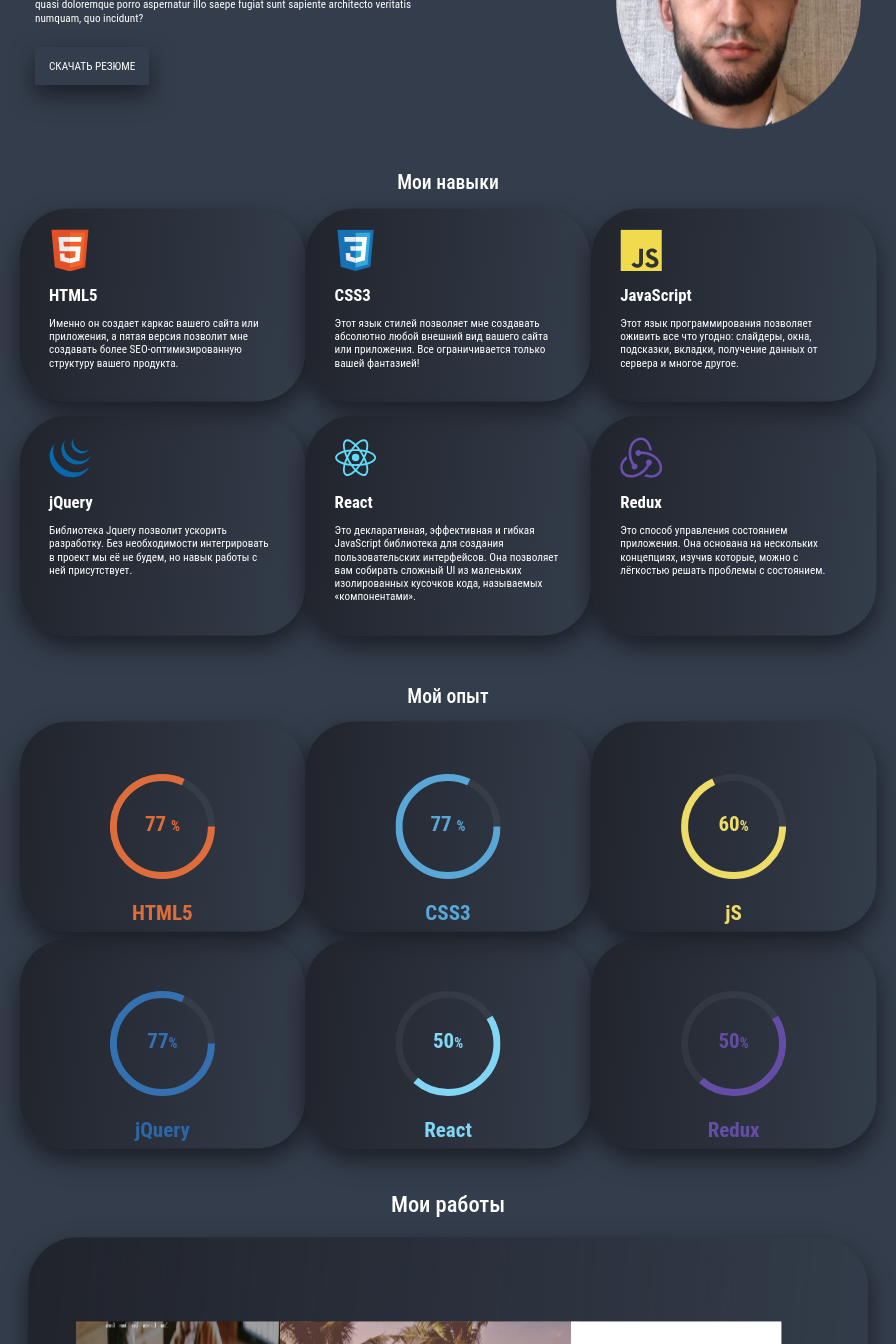
Repository: aligadzhiev0595/my-portfolio
Page: index.html
These files come from the project's save history. The page is drawn as it stood at one moment and after the next save; the edit follows.
The browser window is 1280 px wide. The pictures show the part of the page from y = 634 to 2554 px (the page is 3078 px tall before and 3128 px after), at 70% of full size.
The style sheet was rebuilt from its Sass, Less or Tailwind sources for each picture, by a compiler version that may differ from the author's.

Above is the page before, as saved 2021-05-09 21:34:13.
Console error: TypeError: Cannot read properties of null (reading 'classList')

### index.html
<!DOCTYPE html>
<html lang="en">

<head>
  <meta charset="UTF-8">
  <meta name="viewport" content="width=device-width, initial-scale=1.0">
  <link rel="icon" href="./favicon-32x32.png" type="image/x-icon">
  <link rel="stylesheet" href="./src/css/style.css">
  <title>Portfolio</title>
</head>

<body data-mdb-spy="scroll" data-mdb-target="#scrollspy" data-mdb-offset="0">

  <header class="header fixed-top">
    <div class="container">
      <nav id="scrollspy" class="nav">
        <a href="https://github.com/hopetodie" class="nav__brand" target="_blank">
          <img class="nav__img" src="./src/image/header/GitHub-Mark-32px.png" alt="brand img-fluid">
        </a>
        <!-- <button class="navbar-toggler collapsed p-0" type="button" data-toggle="collapse" data-target="#navbarNav"
            aria-controls="navbarNav" aria-expanded="false" aria-label="Toggle navigation">
            <div class="burger align-items-center d-flex">
              <span class="burger__line"></span>
            </div>
          </button> -->
        <ul class="nav__list">
          <li class="nav__item">
            <a class="nav__link" href="#about-me">Обо мне</a>
          </li>
          <li class="nav__item">
            <a class="nav__link" href="#skills">Навыки</a>
          </li>
          <li class="nav__item">
            <a class="nav__link" href="#experience">Опыт</a>
          </li>
          <li class="nav__item">
            <a class="nav__link" href="#portfolio">Портфолио</a>
          </li>
        </ul>
        <ul class="nav__list">
          <li class="nav__item">
            <a class="nav__link" href="https://t.me/hopetodiex" target="_blank"><i
                class="fab fa-telegram-plane"></i></a>
          </li>
          <li class="nav__item">
            <a class="nav__link" href="https://www.instagram.com/ali.gadjiev05" target="_blank"><i
                class="fab fa-instagram"></i></a>
          </li>
          <li class="nav__item">
            <a class="nav__link" href="https://www.facebook.com/" target="_blank"><i class="fab fa-facebook-f"></i></a>
          </li>
        </ul>
        <a class="nav__phone" href="tel:996553276055">+ 996 (553) 276-055 </a>
      </nav>
    </div>
  </header>
  <main>
    <section class="react-animation">
      <div class="container">
        <div class="row">
          <div class="col">
            <div class="wrapper">
              <img class="wrapper__logo" src="./src/image/react/logo.svg" alt="" >
            </div>
          </div>
          <div class="col">
            <div class="wrapper">
              <img class="wrapper__logo" src="./src/image/react/logo.svg" alt="" >
            </div>
          </div>
          <div class="col">
            <div class="wrapper">
              <img class="wrapper__logo" src="./src/image/react/logo.svg" alt="" >
            </div>
          </div>
          <div class="col">
            <div class="wrapper">
              <img class="wrapper__logo" src="./src/image/react/logo.svg" alt="" >
            </div>
          </div>
        </div>
      </div>
    </section>
    <section class="about-me" id='about-me'>
      <div class="container">
        <h2 class="about-me__title">Обо мне</h2>
        <div class="row">
          <div class="col">
            <div class="wrapper">

              <p class="wrapper__subtitle">
                Lorem ipsum dolor, sit amet consectetur adipisicing elit. Expedita perspiciatis similique ducimus maxime
                dolor perferendis quod quasi doloremque porro aspernatur illo saepe fugiat sunt sapiente architecto
                veritatis numquam, quo incidunt?
                Lorem ipsum dolor, sit amet consectetur adipisicing elit. Expedita perspiciatis similique ducimus maxime
                dolor perferendis quod quasi doloremque porro aspernatur illo saepe fugiat sunt sapiente architecto
                veritatis numquam, quo incidunt?
                Lorem ipsum dolor, sit amet consectetur adipisicing elit. Expedita perspiciatis similique ducimus maxime
                dolor perferendis quod quasi doloremque porro aspernatur illo saepe fugiat sunt sapiente architecto
                veritatis numquam, quo incidunt?

              </p>
              <a class="wrapper__btn" href="./src/image/resume/Resume.pdf" download>скачать резюме</a>
            </div>
          </div>
          <div class="col">
            <div class="wrapper">
              <div class="wrapper__img">

                <img class="img" src="./src/image/about-me/E3rtKXwRQ_w.jpeg" alt="leo its me">
              </div>
            </div>
          </div>
        </div>
      </div>
    </section>
    <section class="skills" id='skills'>
      <div class="container">
        <h3 class="skills__title">Мои навыки</h3>
        <div class="row">
          <div class="col col-sm-12 col-md-4 col-lg-4 col-xl-4 hover-zoom">
            <div class="wrapper">
              <img class="wrapper__img" src="./src/image/skills/html.svg" alt="">
              <h4 class="wrapper__title">HTML5</h4>
              <p class="wrapper__subtitle">Именно он создает каркас вашего сайта или приложения, а пятая версия позволит
                мне создавать более SEO-оптимизированную структуру вашего продукта.</p>
            </div>
          </div>
          <div class="col col-sm-12 col-md-4 col-lg-4 col-xl-4 hover-zoom">
            <div class="wrapper">
              <img class="wrapper__img" src="./src/image/skills/css3.svg" alt="">
              <h4 class="wrapper__title">CSS3</h4>
              <p class="wrapper__subtitle">Этот язык стилей позволяет мне создавать абсолютно любой внешний вид вашего
                сайта или приложения. Все ограничивается только вашей фантазией!</p>
            </div>
          </div>
          <div class="col col-sm-12 col-md-4 col-lg-4 col-xl-4 hover-zoom">
            <div class="wrapper">
              <img class="wrapper__img" src="./src/image/skills/javascript.svg" alt="">
              <h4 class="wrapper__title">JavaScript</h4>
              <p class="wrapper__subtitle">Этот язык программирования позволяет оживить все что угодно: слайдеры, окна,
                подсказки, вкладки, получение данных от сервера и многое другое.</p>
            </div>
          </div>
          <div class="col col-sm-12 col-md-4 col-lg-4 col-xl-4 hover-zoom">
            <div class="wrapper">
              <img class="wrapper__img" src="./src/image/skills/jquery.svg" alt="">
              <h4 class="wrapper__title">jQuery</h4>
              <p class="wrapper__subtitle">Библиотека Jquery позволит ускорить разработку. Без необходимости
                интегрировать в проект мы её не будем, но навык работы с ней присутствует.</p>
            </div>
          </div>
          <div class="col col-sm-12 col-md-4 col-lg-4 col-xl-4 hover-zoom">
            <div class="wrapper">
              <img class="wrapper__img" src="./src/image/skills/react.svg" alt="">
              <h4 class="wrapper__title">React</h4>
              <p class="wrapper__subtitle">Это декларативная, эффективная и гибкая JavaScript библиотека для создания
                пользовательских интерфейсов. Она позволяет вам собирать сложный UI из маленьких изолированных кусочков
                кода, называемых «компонентами».</p>
            </div>
          </div>
          <div class="col col-sm-12 col-md-4 col-lg-4 col-xl-4 hover-zoom">
            <div class="wrapper">
              <img class="wrapper__img" src="./src/image/skills/redux.svg" alt="">
              <h4 class="wrapper__title">Redux</h4>
              <p class="wrapper__subtitle">Это способ управления состоянием приложения. Она основана на нескольких
                концепциях, изучив которые, можно с лёгкостью решать проблемы с состоянием.</p>
            </div>
          </div>
        </div>
      </div>
    </section>
    <section class="experience" id='experience'>
      <div class="container">
        <h3 class="experience__title">Мой опыт</h3>
        <div class="row">
          <div class="col-12 col-sm-12 col-md-4 col-lg-4 col-xl-4 ">
            <div class="wrapper exp">
              <div class="wrapper__percent">
                <svg class="wrapper__svg">
                  <circle class="wrapper__svg-circle" cx='70' cy='70' r='70'></circle>
                  <circle class="wrapper__svg-circle" cx='70' cy='70' r='70'></circle>
                </svg>
                <div class="wrapper__number">
                  <h4 class="wrapper__titleH"> <span class="wrapper__span">%</span></h4>
                </div>
              </div>

              <div class="wrapper__text">
                <h5 class="wrapper__subtitleH">HTML5</h5>
              </div>
            </div>
          </div>
          <div class="col-12 col-sm-12 col-md-4 col-lg-4 col-xl-4">
            <div class="wrapper">
              <div class="wrapper__percent">
                <svg class="wrapper__svg">
                  <circle class="wrapper__svg-circleC" cx='70' cy='70' r='70'></circle>
                  <circle class="wrapper__svg-circleC" cx='70' cy='70' r='70'></circle>
                </svg>
                <div class="wrapper__number">
                  <h4 class="wrapper__titleC"> <span class="wrapper__span">%</span></h4>
                </div>
              </div>

              <div class="wrapper__text">
                <h5 class="wrapper__subtitleC">CSS3</h5>
              </div>
            </div>
          </div>
          <div class="col-12 col-sm-12 col-md-4 col-lg-4 col-xl-4">
            <div class="wrapper">
              <div class="wrapper__percent">
                <svg class="wrapper__svg">
                  <circle class="wrapper__svg-circleJs" cx='70' cy='70' r='70'></circle>
                  <circle class="wrapper__svg-circleJs" cx='70' cy='70' r='70'></circle>
                </svg>
                <div class="wrapper__number">
                  <h4 class="wrapper__titleJs"><span class="wrapper__span">%</span></h4>
                </div>
              </div>

              <div class="wrapper__text">
                <h5 class="wrapper__subtitleJs">jS</h5>
              </div>
            </div>
          </div>
          <div class="col-12 col-sm-12 col-md-4 col-lg-4 col-xl-4">
            <div class="wrapper">
              <div class="wrapper__percent">
                <svg class="wrapper__svg">
                  <circle class="wrapper__svg-circleJ" cx='70' cy='70' r='70'></circle>
                  <circle class="wrapper__svg-circleJ" cx='70' cy='70' r='70'></circle>
                </svg>
                <div class="wrapper__number">
                  <h4 class="wrapper__titleJ"><span class="wrapper__span">%</span></h4>
                </div>
              </div>

              <div class="wrapper__text">
                <h5 class="wrapper__subtitleJ">jQuery</h5>
              </div>
            </div>
          </div>
          <div class="col-12 col-sm-12 col-md-4 col-lg-4 col-xl-4">
            <div class="wrapper">
              <div class="wrapper__percent">
                <svg class="wrapper__svg">
                  <circle class="wrapper__svg-circleR" cx='70' cy='70' r='70'></circle>
                  <circle class="wrapper__svg-circleR" cx='70' cy='70' r='70'></circle>
                </svg>
                <div class="wrapper__number">
                  <h4 class="wrapper__titleR"><span class="wrapper__span">%</span></h4>
                </div>
              </div>

              <div class="wrapper__text">
                <h5 class="wrapper__subtitleR">React</h5>
              </div>
            </div>
          </div>
          <div class="col-12 col-sm-12 col-md-4 col-lg-4 col-xl-4">
            <div class="wrapper">
              <div class="wrapper__percent">
                <svg class="wrapper__svg">
                  <circle class="wrapper__svg-circleRe" cx='70' cy='70' r='70'></circle>
                  <circle class="wrapper__svg-circleRe" cx='70' cy='70' r='70'></circle>
                </svg>
                <div class="wrapper__number">
                  <h4 class="wrapper__titleRe"><span class="wrapper__span">%</span></h4>
                </div>
              </div>

              <div class="wrapper__text">
                <h5 class="wrapper__subtitleRe">Redux</h5>
              </div>
            </div>
          </div>
        </div>
      </div>
    </section>
    <section class="portfolio" id='portfolio'>
      <div class="container">
        <h2 class="portfolio__title">Мои работы</h2>
        <div id="carousel2">
          <figure id="spinner">
            <a href="https://hopetodie.github.io/store/" target="_blank">
              <img src="./src/image/portfolio/run.webp" alt="">
            </a>
            <a href="https://hopetodie.github.io/Game-store/" target="_blank">
              <img class="portfolio-carousel-item__img" src="./src/image/portfolio/game.webp" alt="">
            </a>
            <a href="https://hopetodie.github.io/carsharing/" target="_blank">
              <img class="portfolio-carousel-item__img" src="./src/image/portfolio/car.webp" alt="">
            </a>
            <a href="https://hopetodie.github.io/IT-studio/" target="_blank">
              <img class="portfolio-carousel-item__img" src="./src/image/portfolio/it.webp" alt="">
            </a>
            <a href="https://hopetodie.github.io/Cubaa/" target="_blank">
              <img class="portfolio-carousel-item__img " src="./src/image/portfolio/kubat.webp" alt="">
            </a>
            <a href="https://hopetodie.github.io/Game-store/" target="_blank">
              <img class="portfolio-carousel-item__img" src="./src/image/portfolio/game.webp" alt="">
            </a>
            <a href="https://hopetodie.github.io/store/" target="_blank">
              <img src="./src/image/portfolio/run.webp" alt="">
            </a>
            <a href="https://hopetodie.github.io/carsharing/" target="_blank">
              <img class="portfolio-carousel-item__img" src="./src/image/portfolio/car.webp" alt="">
            </a>


          </figure>
        </div>
        <span style="float:left" class="ss-icon" onclick="galleryspin('-')">&lt;</span>
        <span style="float:right" class="ss-icon" onclick="galleryspin('')">&gt;</span>
      </div>
    </section>
    <section class="carousel">
      <div class="container">
        <h2 class="carousel__title">Мои работы</h2>
        <div class="flex-wrapper">
          <div class="slider-wrapper">
            <div class="slide active">
              <a href="https://hopetodie.github.io/store/" target="_blank">
                <img src="./src/image/portfolio/run.webp" alt="">
              </a>
            </div>
            <div class="slide">
              <a href="https://hopetodie.github.io/Game-store/" target="_blank">
                <img class="portfolio-carousel-item__img" src="./src/image/portfolio/game.webp" alt="">
              </a>
            </div>
            <div class="slide">
              <a href="https://hopetodie.github.io/carsharing/" target="_blank">
                <img class="portfolio-carousel-item__img" src="./src/image/portfolio/car.webp" alt="">
              </a>
            </div>
            <div class="slide">
              <a href="https://hopetodie.github.io/IT-studio/" target="_blank">
                <img class="portfolio-carousel-item__img" src="./src/image/portfolio/it.webp" alt="">
              </a>
            </div>
            <div class="slide">
              <a href="https://hopetodie.github.io/Cubaa/" target="_blank">
                <img class="portfolio-carousel-item__img " src="./src/image/portfolio/kubat.webp" alt="">
              </a>
            </div>
            <div id="btn-prev"></div>
            <div id="btn-next"></div>
          </div>
        </div>
        <div class="dots-wrapper">
          <span class="dot active"></span>
          <span class="dot"></span>
          <span class="dot"></span>
          <span class="dot"></span>
          <span class="dot"></span>
        </div>
      </div>
    </section>
  </main>
  <footer class="footer">
    <span> © Все права защищены</span>
  </footer>
  <script src="./src/libs/jquery/jquery.min.js"></script>
  <script src="./src/libs/mdb-ui-kit/js/mdb.min.js"></script>
  <script src="./src/js/main.js"></script>
</body>

</html>

### src/css/style.scss
@import url(../libs/mdb-ui-kit/css/mdb.min.css);
@import url(../libs/fontawesome/css/all.min.css);


body {
  background: rgb(52, 61, 75);
  color: #1B1818;
  font-weight: 400;
  font-size: 16px;
  line-height: 19px;
  font-family: 'Roboto Condensed', sans-serif;
  // font-family: 'Fire Sans', sans-serif;
}
  .container {
    max-width: 1220px;
    padding: 0 10px;
    margin: 0 auto;
}
a {
  text-decoration: none;
}
li {
  list-style: none;
}

*{
    margin: 0;
    padding: 0;
    box-sizing: border-box;
}


@import '../scss/header';
@import '../scss/react-animation';
@import '../scss/about-me';
@import '../scss/skills';
@import '../scss/experience';
@import '../scss/portfolio';
@import '../scss/carousel';
@import '../scss/footer';
@import '../scss/media';

### src/scss/_react-animation.scss
.react-animation{
    padding-top: 100px;
    padding-bottom: 30px;
    .row{
      .col{
        .wrapper{
          box-shadow: 0 15px 35px rgba(0, 0, 0, 0.5);
          background: linear-gradient(95deg, rgb(33, 36, 44) 0%, rgba(15, 15, 16, 0) 100%);
        border-radius: 70px;
          text-align: center;
          &__logo {
            width: 250px;
            height: 250px;
            animation: React infinite 20s linear;
          }

          @keyframes React {
            from {
              transform: rotate(0deg);
            }
            to {
              transform: rotate(360deg);
            }
          }
        }
      }
    }
}

### src/scss/_footer.scss
.footer{
    margin-top: 70px;
    width: 100%;
    display: flex;
    justify-content: center;
    align-items: center;
    height: 50px;
    box-shadow: 0 15px 35px rgba(0, 0, 0, 0.5);
    color: #fff;
  }

Loaded but not shown: src/libs/jquery/jquery.min.js (library); src/libs/mdb-ui-kit/js/mdb.min.js (library); src/libs/mdb-ui-kit/css/mdb.min.css (library); src/libs/fontawesome/css/all.min.css (library); src/js/main.js (86 lines, source omitted); src/scss/_experience.scss (422 lines, source omitted); src/scss/_media.scss (127 lines, source omitted); src/scss/_portfolio.scss (111 lines, source omitted); src/scss/_about-me.scss (63 lines, source omitted); src/scss/_carousel.scss (77 lines, source omitted); src/scss/_header.scss (62 lines, source omitted); src/scss/_skills.scss (46 lines, source omitted)

After the next save:
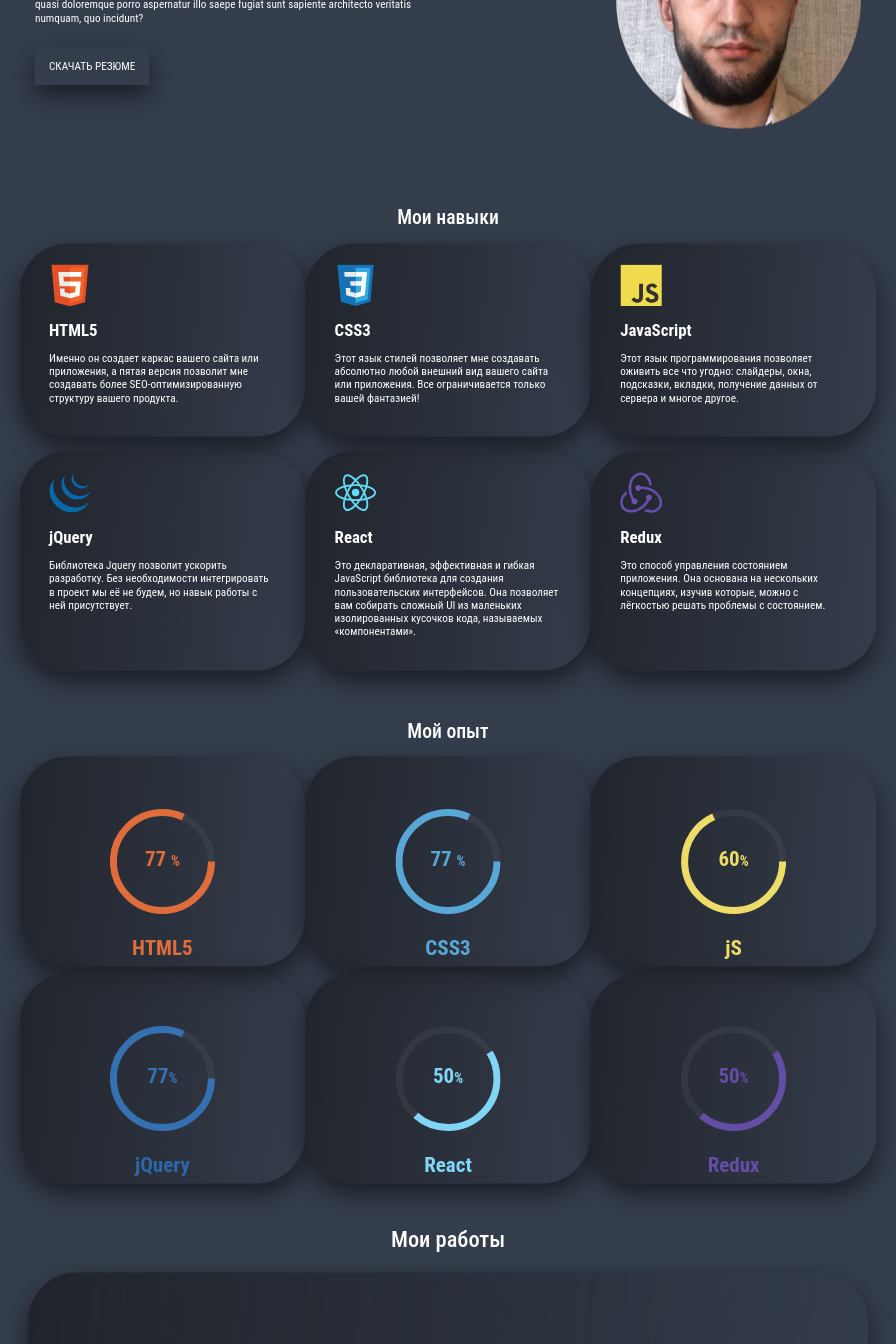
Saved 25 s later.
--- a/index.html
+++ b/index.html
@@ -84,7 +84,7 @@
     <section class="about-me" id='about-me'>
       <div class="container">
         <h2 class="about-me__title">Обо мне</h2>
-        <div class="row">
+        <div class="row about-me">
           <div class="col">
             <div class="wrapper">
 

After the save that followed:
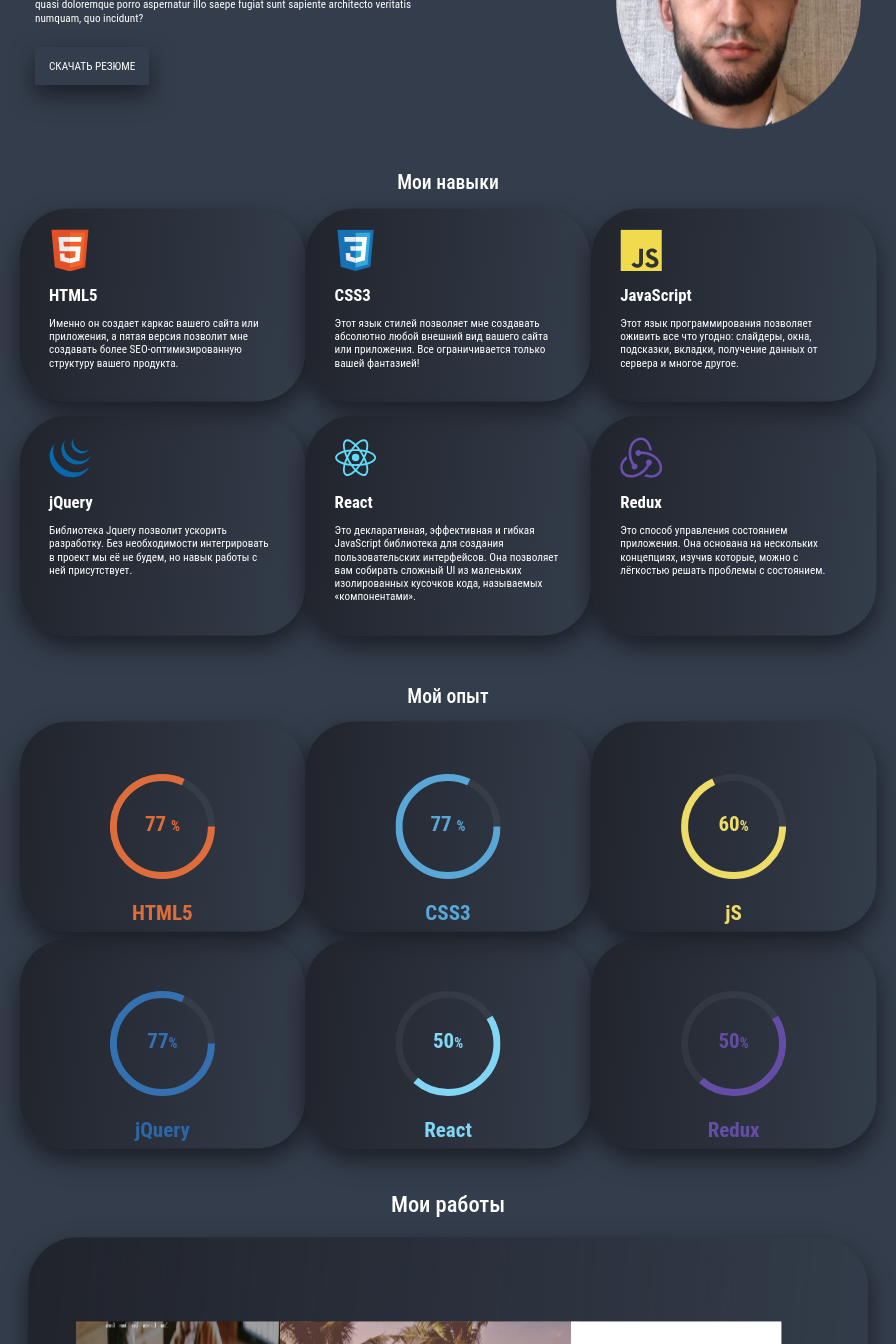
Saved 8 s later.
--- a/index.html
+++ b/index.html
@@ -84,7 +84,7 @@
     <section class="about-me" id='about-me'>
       <div class="container">
         <h2 class="about-me__title">Обо мне</h2>
-        <div class="row about-me">
+        <div class="row about-me-block">
           <div class="col">
             <div class="wrapper">
 
